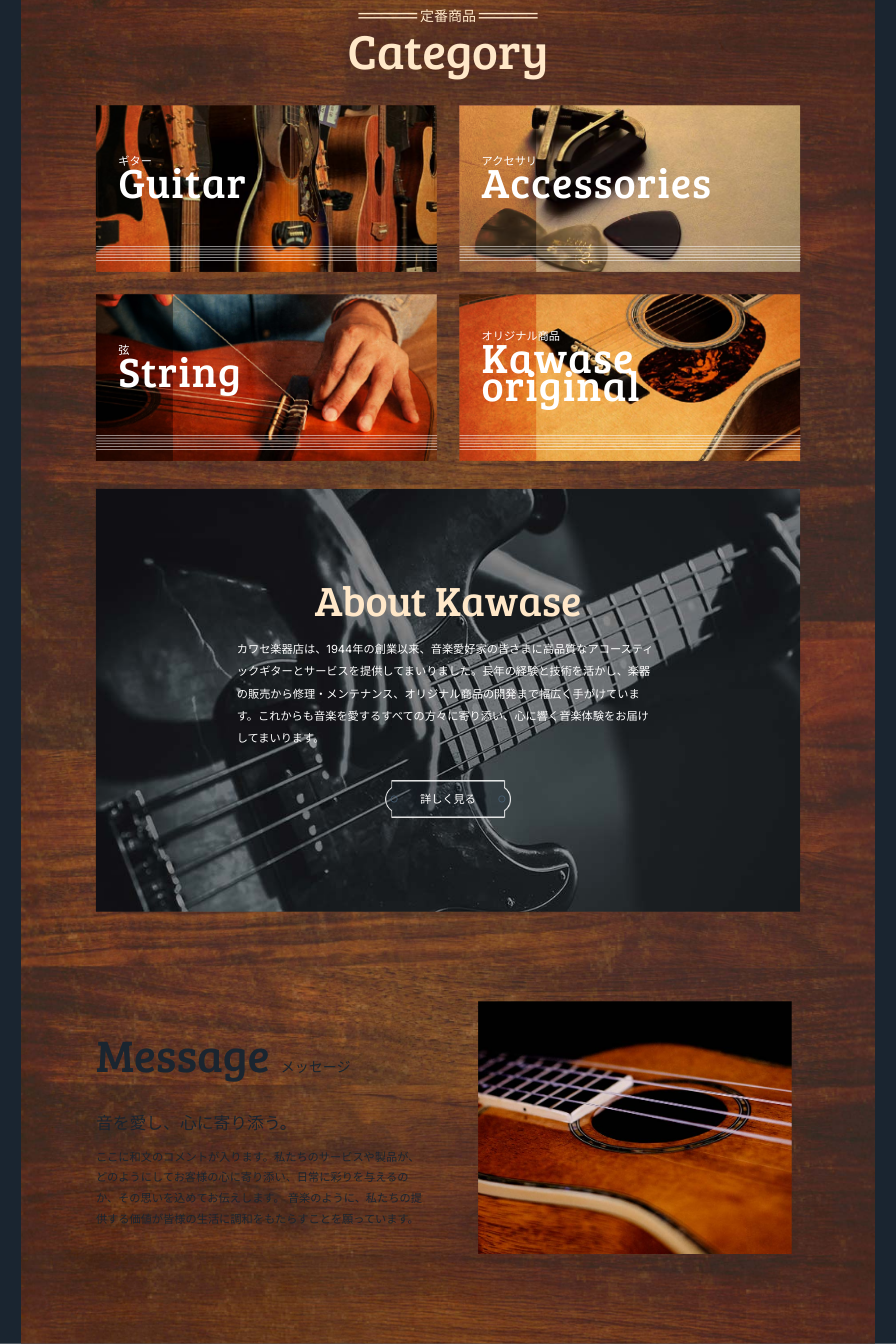
Repository: hyms035k/-----
Page: index.html
The author's editor kept a copy of each file at every save. The page is drawn from the files as they stood at one save, then again after the next save.
The browser window is 1280 px wide. The pictures show the part of the page from y = 2158 to 4078 px (the page is 4078 px tall), at 70% of full size.
Some web fonts or font styles are not loaded; a fallback is used. Some web libraries are served in a nearby version. The style sheet was rebuilt from its Sass, Less or Tailwind sources for each picture, by a compiler version that may differ from the author's.

Above is the page before, as saved 2025-06-05 18:01:38.

After the next save:
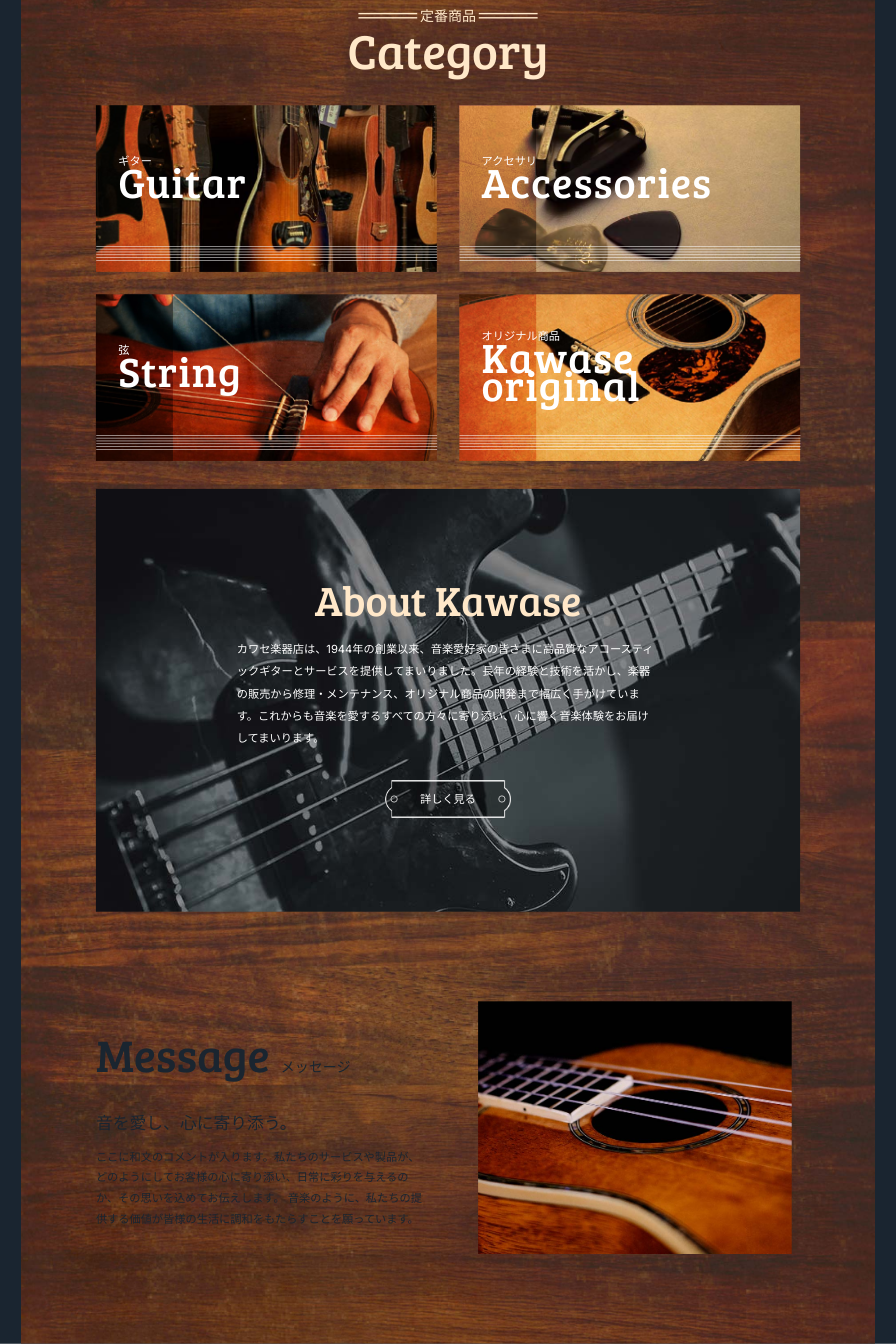
Saved 108 s later.
--- a/scss/style.scss
+++ b/scss/style.scss
@@ -113,7 +113,12 @@
 		> span {
 			&:not(.btn-border) {
 				color: #fff !important;
-				background-color: rgba(conf.$base, 0.25);
+				background-color: rgba(#000, 0.3);
+				> span {
+					&:before, &:after {
+						border-color: #fff;
+					}
+				}
 			}
 		}
 	}
